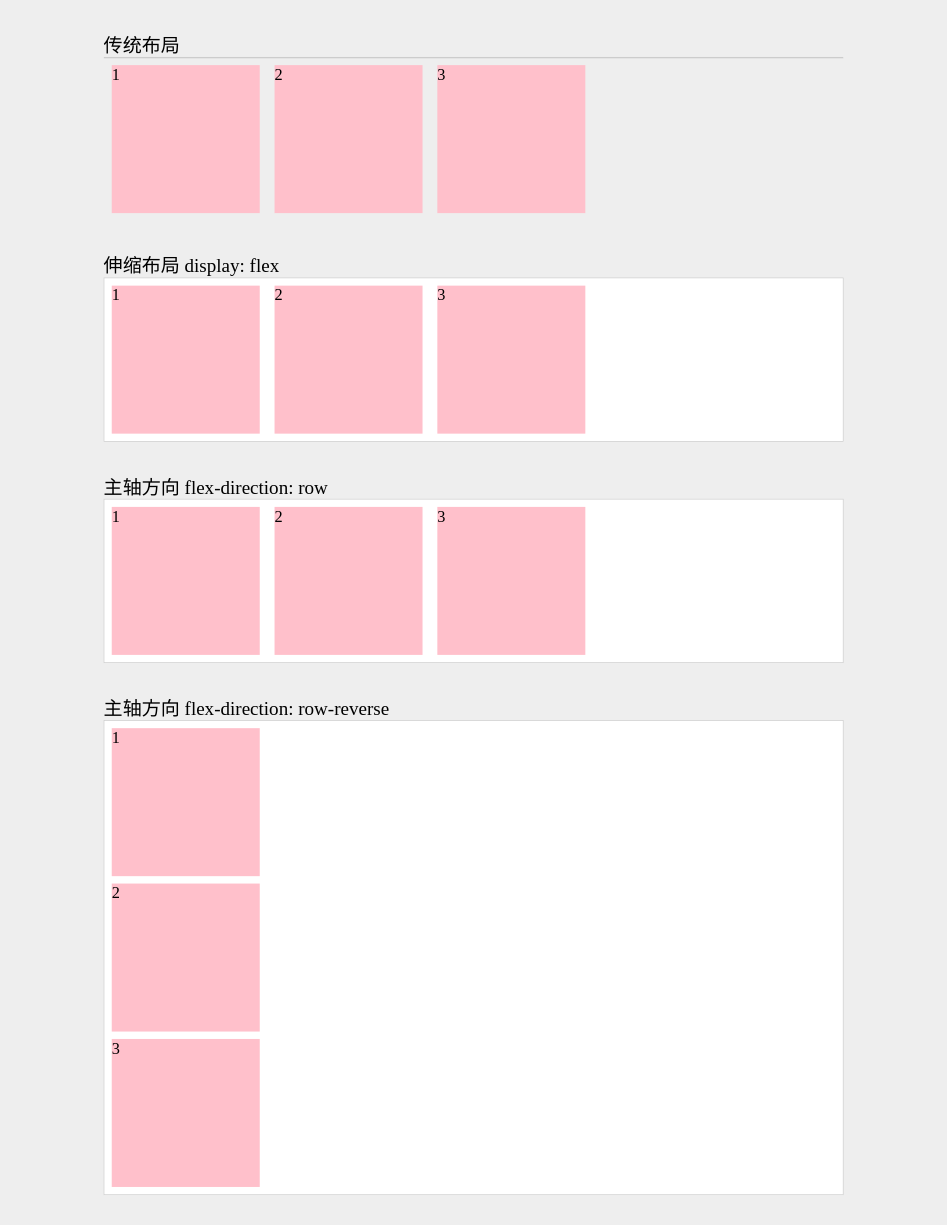
Repository: Germtao/Web
Page: web_css/css3_FLEX布局.html
These files come from the project's save history. The page is drawn as it stood at one moment and after the next save; the edit follows.
The browser window is 1280 px wide. The pictures show the whole page, at 74% of full size.

Above is the page before, as saved 2020-11-04 11:11:55.

After the next save:
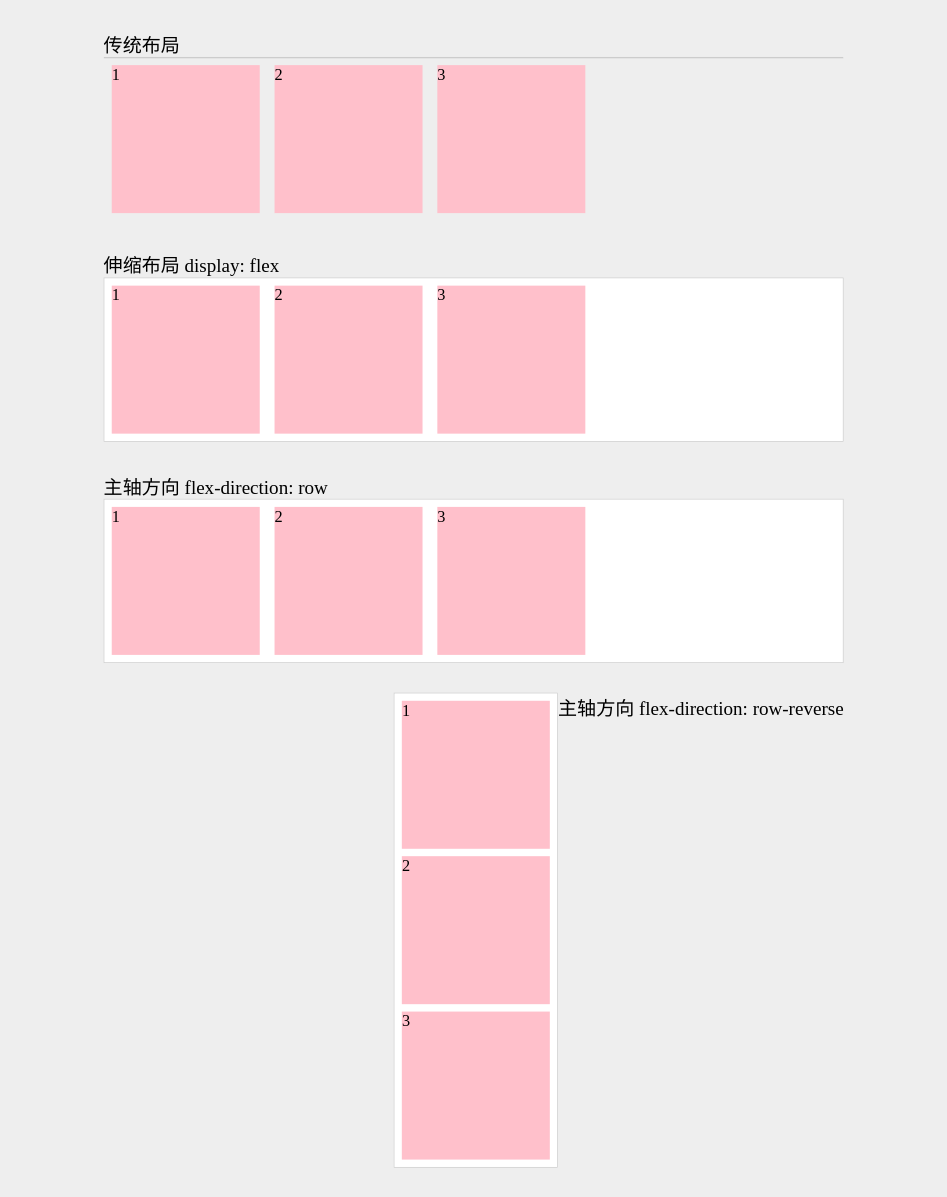
Saved 25 s later.
--- a/web_css/css3_FLEX布局.html
+++ b/web_css/css3_FLEX布局.html
@@ -59,6 +59,12 @@
       display: flex;
       flex-direction: row;
     }
+
+    /* 主轴方向 flex-direction: row-reverse */
+    section:nth-child(4) {
+      display: flex;
+      flex-direction: row-reverse;
+    }
   </style>
 </head>
 
